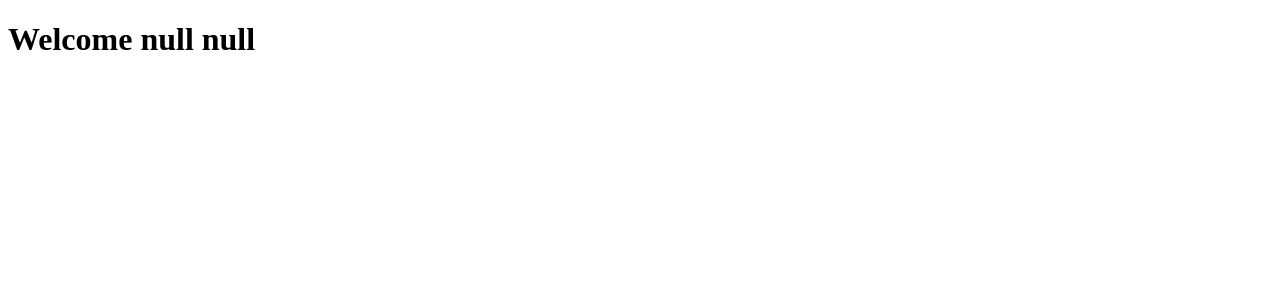
Repository: ANIKETKHAVNEKAR/AdvanceJavaMyPractice
Page: http://localhost/ScriptlessJSP/displayBean.jsp
An editor plug-in stored every save of this project. The page is shown before and after the next save, followed by the edit.
The browser window is 1280 px wide. The pictures show the whole page.
The page is served by Tomcat 9. Other server files are loaded and not shown.

Above is the page before, as saved 2023-06-21 16:19:44.

### demo/Adv Java Workspace-Mar 23/ScriptlessJSP/src/main/webapp/displayBean.jsp
<%@ page language="java" contentType="text/html; charset=ISO-8859-1"
    pageEncoding="ISO-8859-1"%>
<!DOCTYPE html>
<html>
<head>
<meta charset="ISO-8859-1">
<title>Insert title here</title>
</head>
<body>
	<jsp:useBean id="user" class="beans.User" scope="request" />
	<h1> Welcome <jsp:getProperty property="fname" name="user"/>
		<jsp:getProperty property="lname" name="user"/>
	</h1>
</body>
</html>

### demo/Adv Java Workspace-Mar 23/ScriptlessJSP/src/main/java/beans/User.java
package beans;

public class User {
	private String uid,pwd,fname,lname,email,contact;
	private int age;

	public User() {
		super();
		// TODO Auto-generated constructor stub
	}

	public User(String uid, String pwd, String fname, String lname, String email, String contact, int age) {
		super();
		this.uid = uid;
		this.pwd = pwd;
		this.fname = fname;
		this.lname = lname;
		this.email = email;
		this.contact = contact;
		this.age = age;
	}

	public String getUid() {
		return uid;
	}

	public void setUid(String uid) {
		this.uid = uid;
	}

	public String getPwd() {
		return pwd;
	}

	public void setPwd(String pwd) {
		this.pwd = pwd;
	}

	public String getFname() {
		return fname;
	}

	public void setFname(String fname) {
		this.fname = fname;
	}

	public String getLname() {
		return lname;
	}

	public void setLname(String lname) {
		this.lname = lname;
	}

	public String getEmail() {
		return email;
	}

	public void setEmail(String email) {
		this.email = email;
	}

	public String getContact() {
		return contact;
	}

	public void setContact(String contact) {
		this.contact = contact;
	}

	public int getAge() {
		return age;
	}

	public void setAge(int age) {
		this.age = age;
	}





}

After the next save:
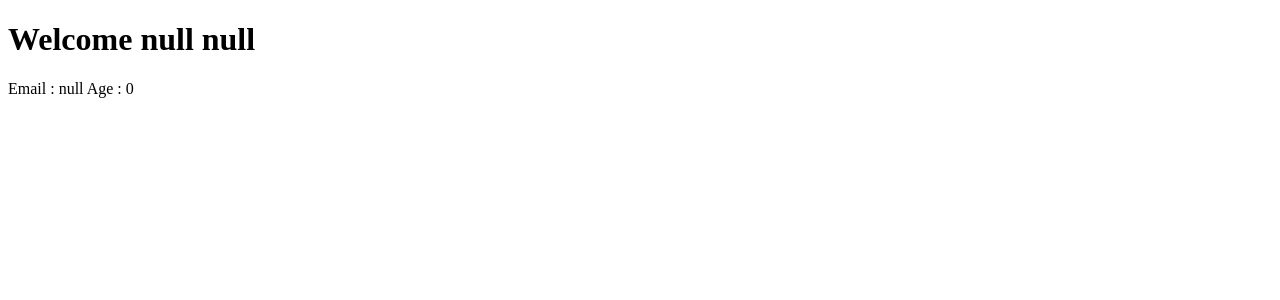
Saved 2 min 42 s later.
--- a/demo/Adv Java Workspace-Mar 23/ScriptlessJSP/src/main/webapp/displayBean.jsp
+++ b/demo/Adv Java Workspace-Mar 23/ScriptlessJSP/src/main/webapp/displayBean.jsp
@@ -11,5 +11,7 @@
 	<h1> Welcome <jsp:getProperty property="fname" name="user"/>
 		<jsp:getProperty property="lname" name="user"/>
 	</h1>
+	Email : <jsp:getProperty property="email" name="user"/>
+	Age : <jsp:getProperty property="age" name="user"/>
 </body>
 </html>
